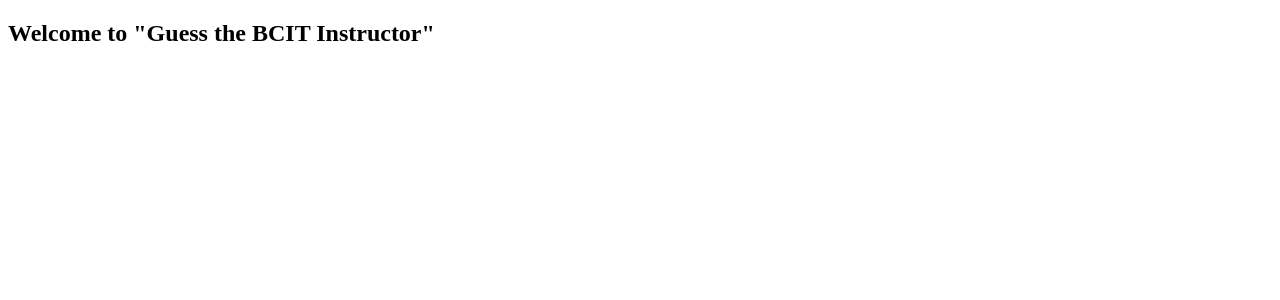
Repository: RenataDzotova/Trivia-BCIT
Page: index.html
An editor plug-in stored every save of this project. The page is shown before and after a run of saves, followed by the edit.
The browser window is 1280 px wide. The pictures show the whole page.
The page's requests for data from a server got no answer.

Above is the page before, as saved 2022-10-24 12:20:22.

After the next 3 saves:
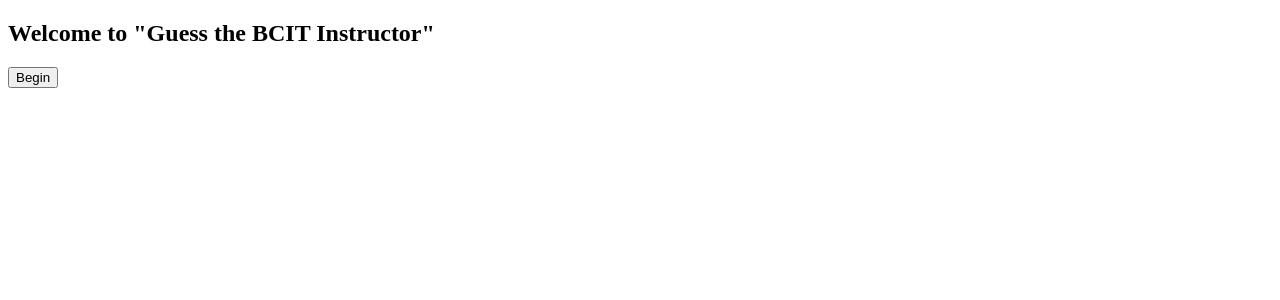
The 3 saves are shown as one change because they came seconds apart.
The last was saved 20 s later.
--- a/index.html
+++ b/index.html
@@ -9,7 +9,7 @@
 </head>
 <body>
     <h2>Welcome to "Guess the BCIT Instructor" </h2>
-    <h4></h4>
+    <button>Begin</button>
 </body>
 <script>
     // alert("Welcome to the BCIT Teacher Quiz");
